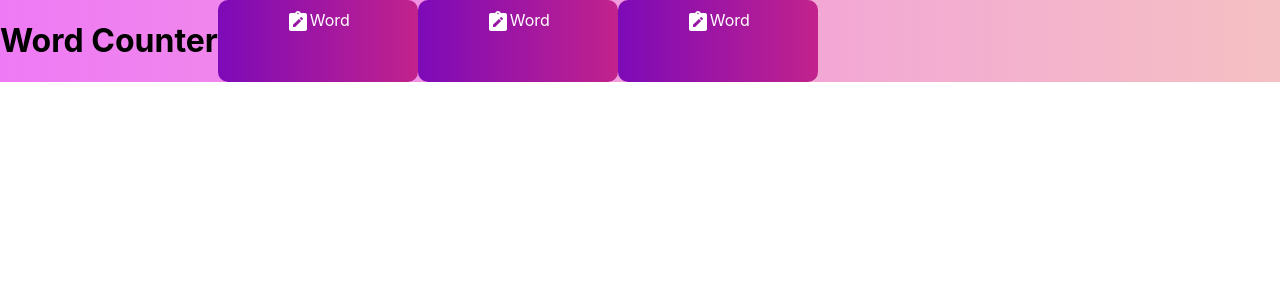
Repository: 123cuongcao/nopbai-basic
Page: /
The author's editor kept a copy of each file at every save. The page is drawn from the files as they stood at one save, then again after the next save.
The browser window is 1280 px wide. The pictures show the whole page.
The project was rebuilt for these pictures with package versions that can differ from the ones it lists, and the page was loaded fresh each time.

Above is the page before, as saved 2023-08-15 11:21:57.

After the next save:
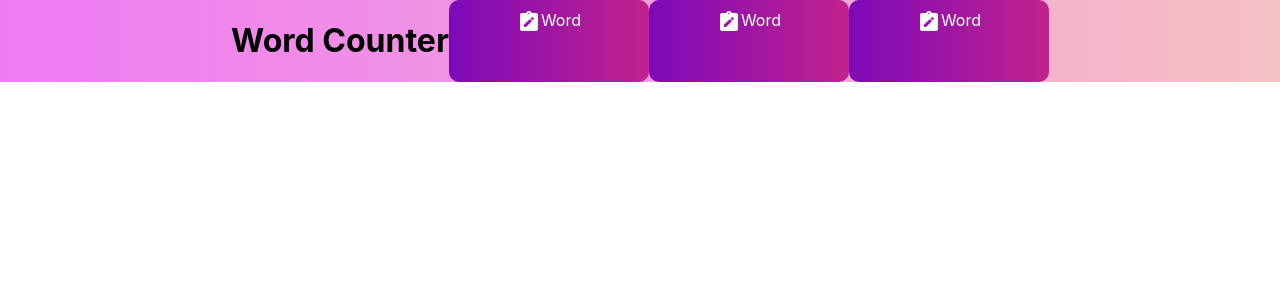
Saved 6 s later.
--- a/src/components/index.jsx
+++ b/src/components/index.jsx
@@ -7,7 +7,7 @@
       style={{
         background: "linear-gradient(to right,#e002ec86,#f3b6b9db",
         display:'flex',
-
+        justifyContent:"center"
 
       }}
     >
